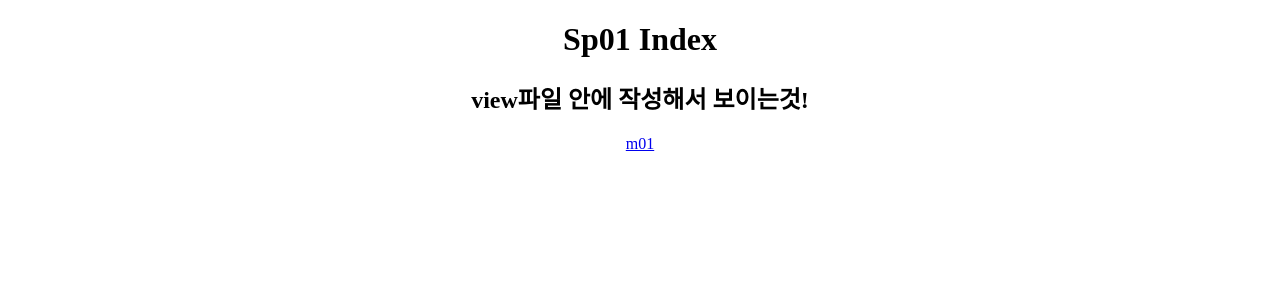
Repository: akdl911215/JH_CodeSet
Page: http://localhost/Sp01/
These files come from the project's save history. The page is drawn as it stood at one moment and after the next save; the edit follows.
The browser window is 1280 px wide. The pictures show the whole page.
The page is served by Tomcat 9.

Above is the page before, as saved 2021-04-05 08:20:08.

After the next save:
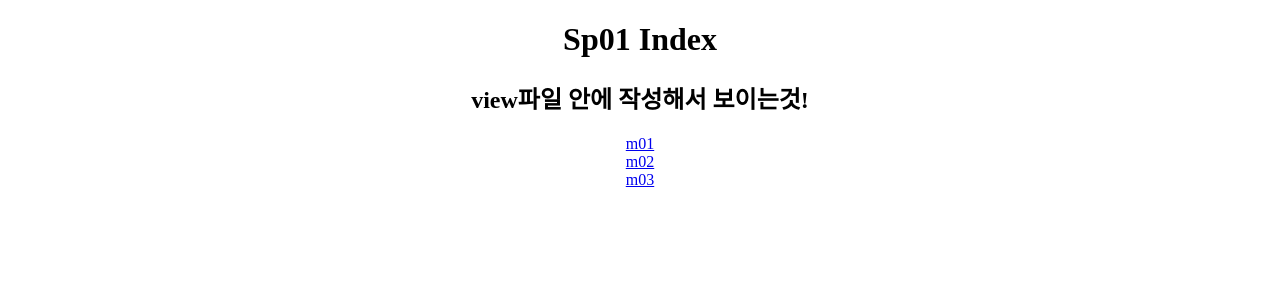
Saved 4 min 46 s later.
--- a/springMVC/Sp01/src/main/webapp/WEB-INF/views/index.jsp
+++ b/springMVC/Sp01/src/main/webapp/WEB-INF/views/index.jsp
@@ -9,6 +9,8 @@
 <body style="text-align:center">
 	<h1> Sp01 Index</h1>
 	<h2>view파일 안에 작성해서 보이는것!</h2>
-	<a href="/test/">m01</a>
+	<a href="/test/">m01</a><br/>
+	<a href="/test/base1">m02</a><br/>
+	<a href="/test/base2">m03</a><br/>
 </body>
 </html>
